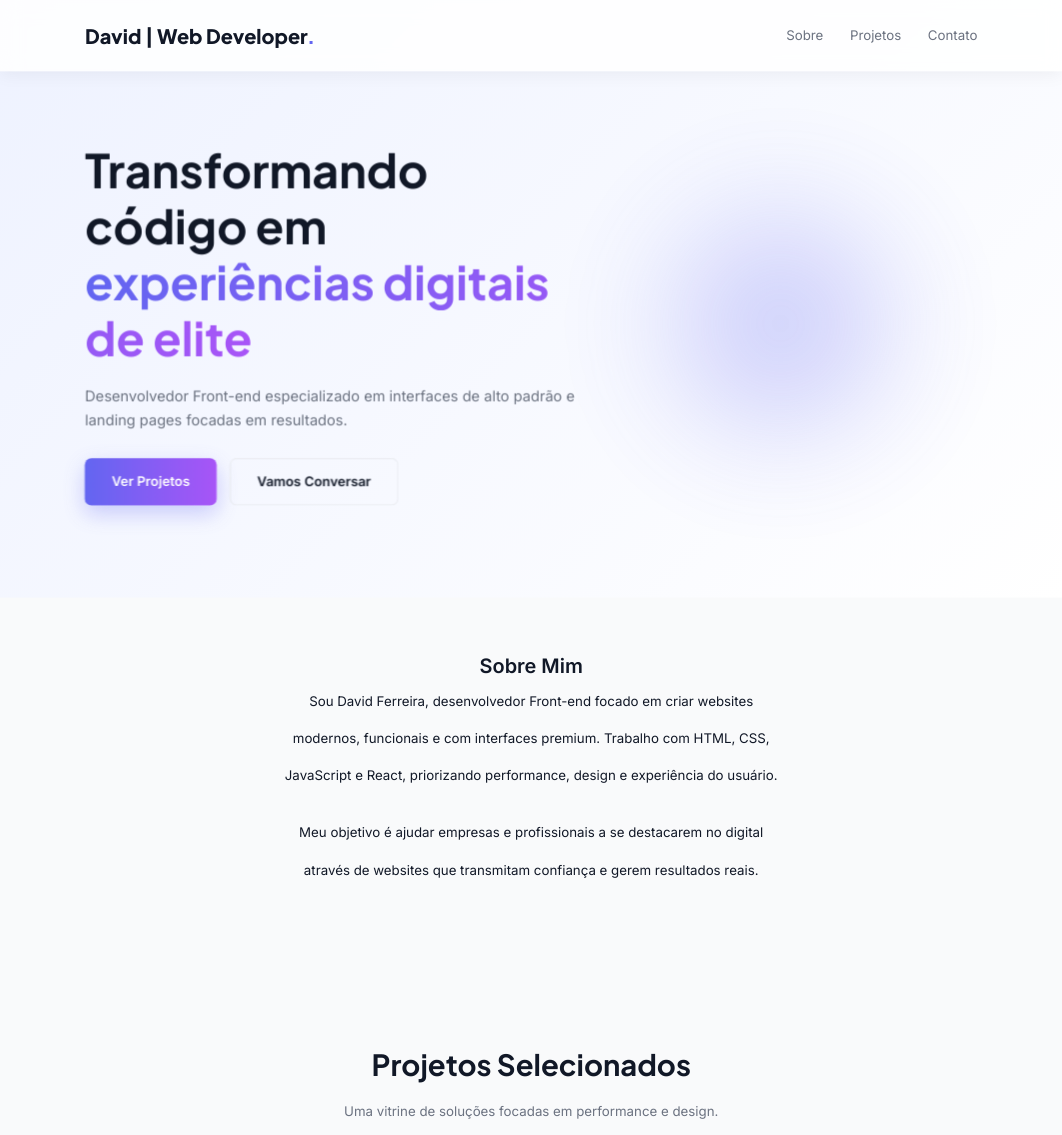
Repository: davidfsillva/David_Ferreira
Page: index.html
These files come from the project's save history. The page is drawn as it stood at one moment and after a run of saves; the edit follows.
The browser window is 1280 px wide. The pictures show the part of the page from y = 0 to 1368 px (the page is 2742 px tall before and 2694 px after), at 83% of full size.
Pictures or frames that could not be fetched are drawn as grey boxes.

Above is the page before, as saved 2026-02-11 11:58:33.
Console error: TypeError: Cannot read properties of null (reading 'addEventListener')

After the next 2 saves:
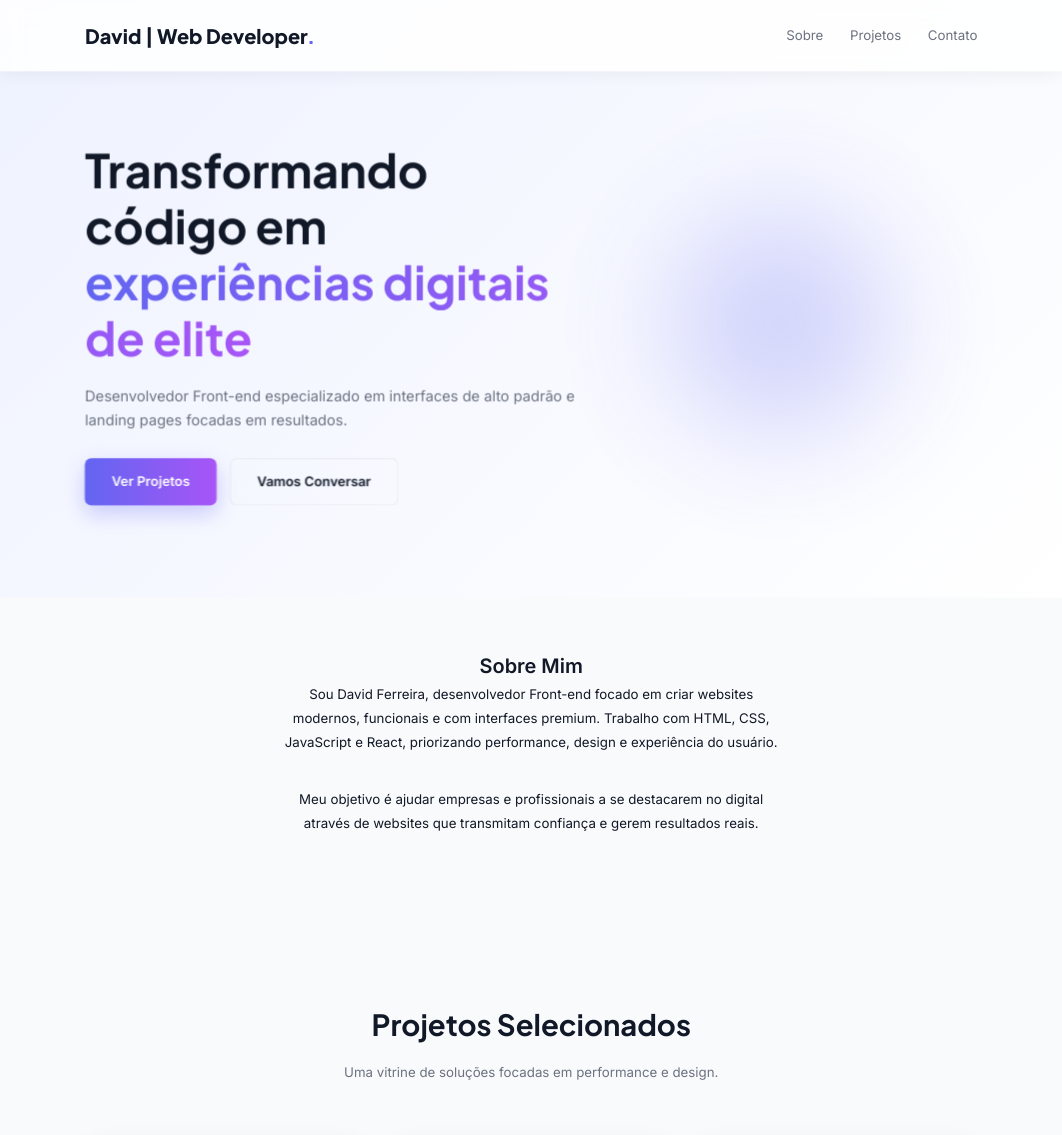
The 2 saves are shown as one change because they came seconds apart.
The last was saved 8 s later.
--- a/style.css
+++ b/style.css
@@ -213,8 +213,8 @@ body {
 }
 
 #about p {
-  margin-bottom: 1.5rem;   /* espaçamento entre parágrafos */
-  line-height: 2.8;        /* deixa a leitura mais confortável */
+  margin-bottom: 2.5rem;   /* espaçamento entre parágrafos */
+  line-height: 1.8;        /* deixa a leitura mais confortável */
 }
 
 
